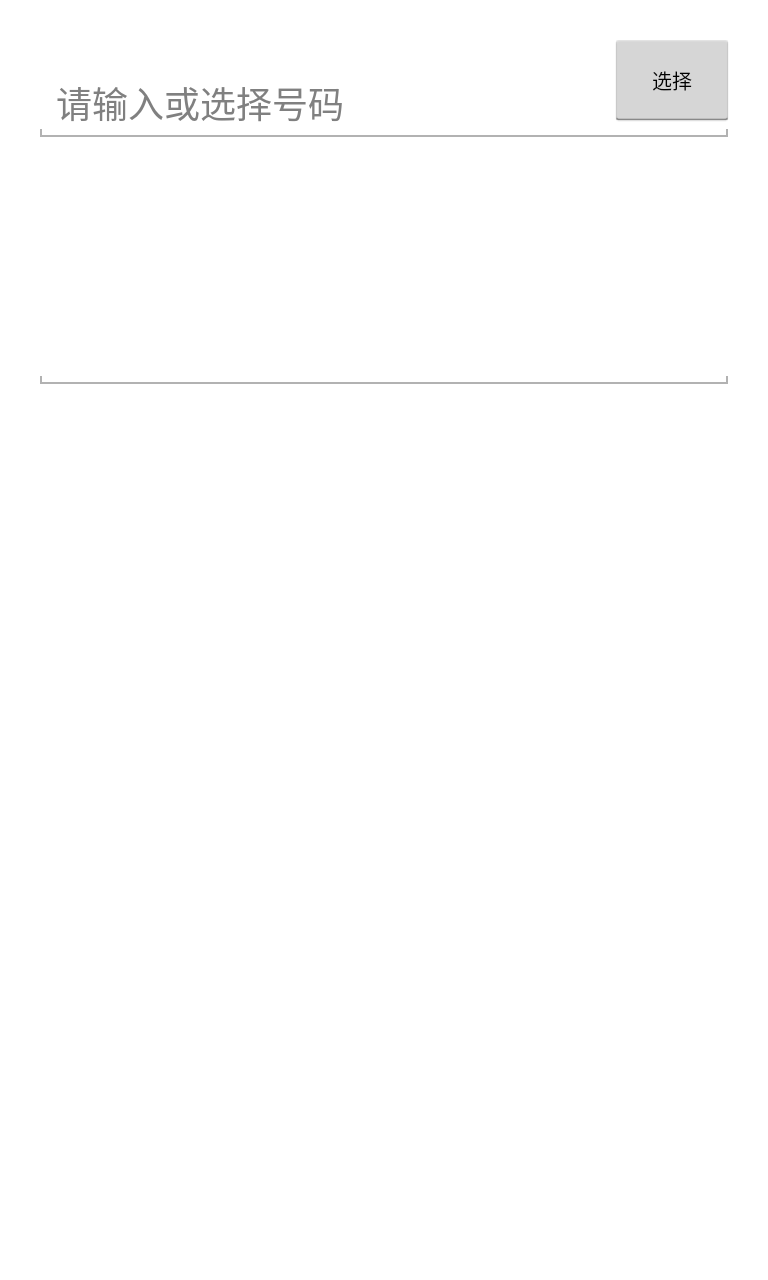
Repository: DongHuaLu/android
Layout: 26SmsSernder/res/layout/activity_main.xml
The author's editor kept a copy of each file at every save. The layout is drawn from the files as they stood at one save, then again after a run of saves.
It is drawn on a 768 x 1280 px phone screen (xhdpi) without system bars, with theme AppTheme; the app's code is not run.

Above is the layout before, as saved 2013-08-29 02:52:42.

### 26SmsSernder/res/layout/activity_main.xml
<LinearLayout xmlns:android="http://schemas.android.com/apk/res/android"
    xmlns:tools="http://schemas.android.com/tools"
    android:layout_width="match_parent"
    android:layout_height="match_parent"
    android:orientation="vertical"
    android:paddingBottom="@dimen/activity_vertical_margin"
    android:paddingLeft="@dimen/activity_horizontal_margin"
    android:paddingRight="@dimen/activity_horizontal_margin"
    android:paddingTop="@dimen/activity_vertical_margin"
    tools:context=".MainActivity" >

    <RelativeLayout
        android:layout_width="fill_parent"
        android:layout_height="wrap_content" >

        <EditText
            android:id="@+id/et1"
            android:layout_width="fill_parent"
            android:layout_height="wrap_content"
            android:layout_marginTop="15dp"
            android:hint="请输入或选择号码" />

        <Button
            android:layout_width="wrap_content"
            android:layout_height="wrap_content"
            android:layout_alignParentRight="true"
            android:text="选择"
            android:textSize="10sp" >
        </Button>
    </RelativeLayout>

    <EditText
        android:layout_width="fill_parent"
        android:layout_height="wrap_content"
        android:minLines="5">

    </EditText>

</LinearLayout>

Loaded but not shown: 26SmsSernder/res/values/styles.xml (common file); 26SmsSernder/res/values-v11/styles.xml (common file); 26SmsSernder/res/values-v14/styles.xml (common file); 26SmsSernder/res/values/dimens.xml (common file)

After the next 2 saves:
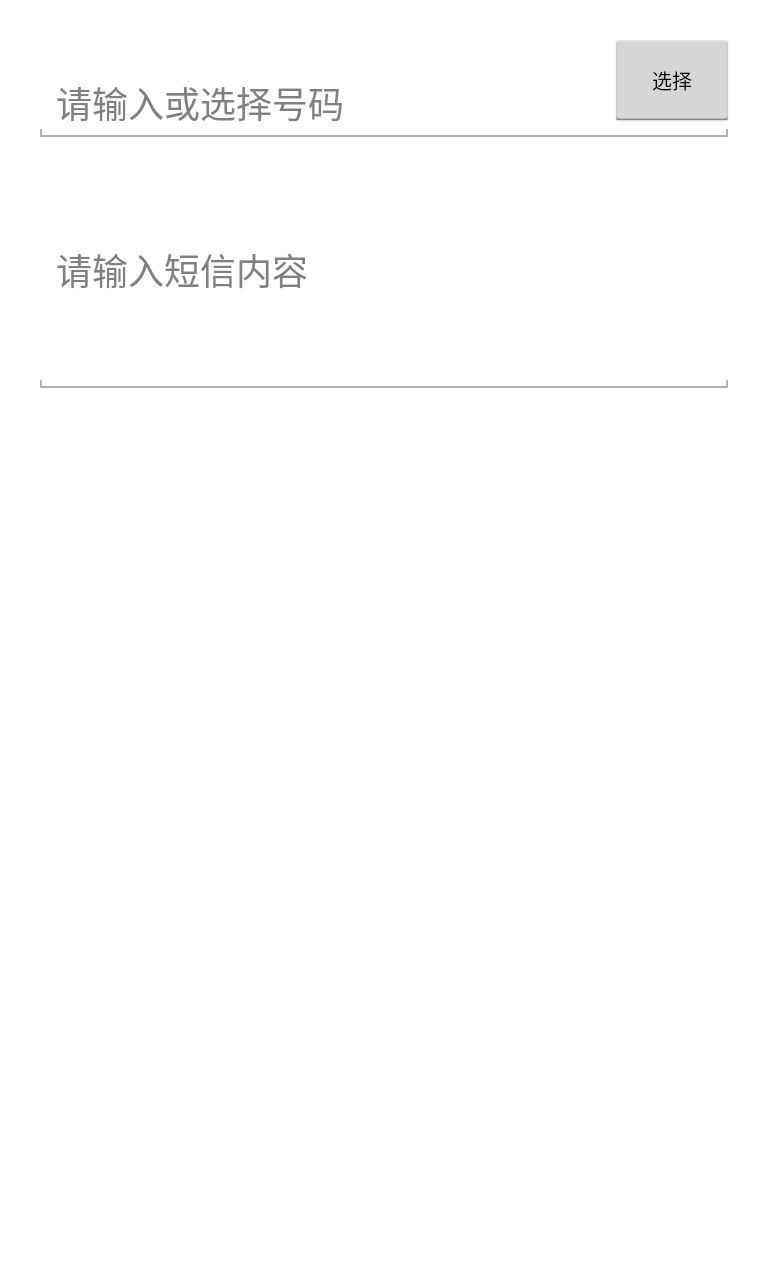
The 2 saves are shown as one change because they came seconds apart.
The last was saved 19 s later.
--- a/26SmsSernder/res/layout/activity_main.xml
+++ b/26SmsSernder/res/layout/activity_main.xml
@@ -32,8 +32,8 @@
     <EditText
         android:layout_width="fill_parent"
         android:layout_height="wrap_content"
-        android:minLines="5">
-
+        android:hint="请输入短信内容"
+        android:minLines="5" >
     </EditText>
 
 </LinearLayout>
